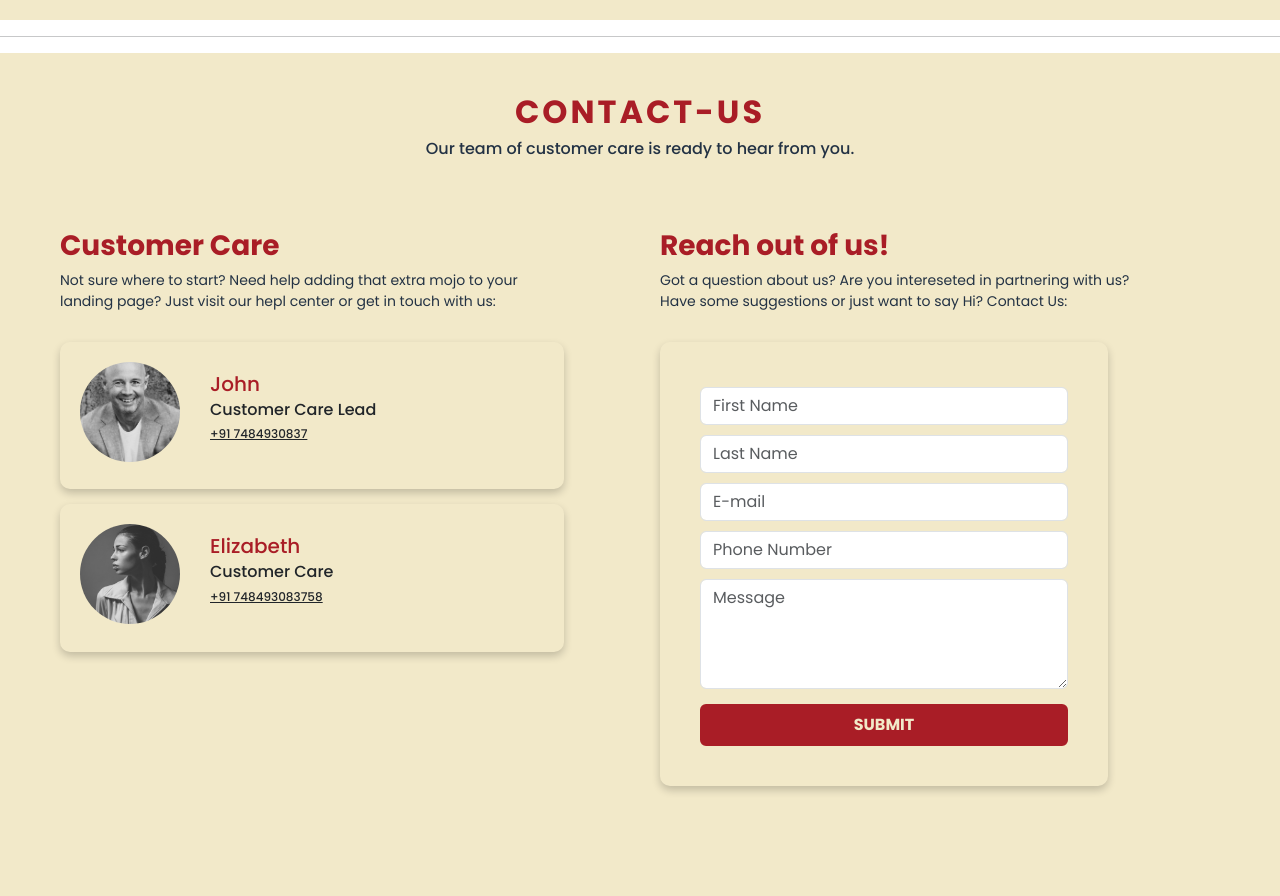
Repository: SharonSebastian32/Event-Management-System-
Page: index.html
An editor plug-in stored every save of this project. The page is shown before and after a run of saves, followed by the edit.
The browser window is 1280 px wide. The pictures show the part of the page from y = 3555 to 4451 px (the page is 4451 px tall).
A picture or video elsewhere on the page could not be fetched, so the positions and the page height are approximate.

Above is the page before, as saved 2024-09-06 11:02:09.
Not found: assets/css/ContactUs.css

After the next 2 saves:
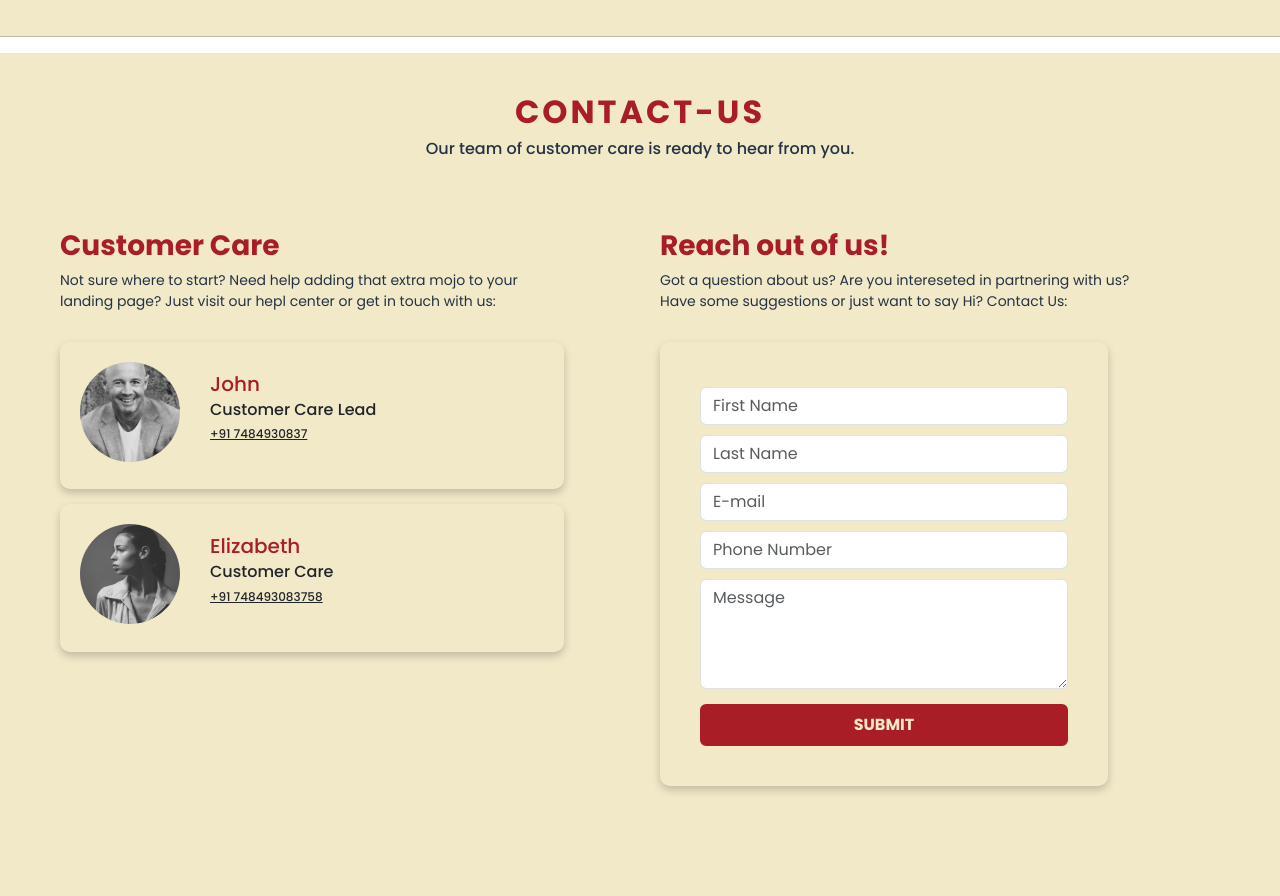
The 2 saves are shown as one change because they came seconds apart.
The last was saved 18 s later.
--- a/index.html
+++ b/index.html
@@ -53,7 +53,7 @@
 
     <!-- events section start -->
 
-    <section style="background-color: #f2e9c9;">
+    <section style="background-color: #f2e9c9">
       <center>
         <h1 style="font-size: 45px; color: #a91d26" data-aos="zoom-in">
           Events
@@ -86,8 +86,8 @@
           </a>
         </div>
       </div>
+      <hr />
     </section>
-    <hr>
 
     <!-- events section end -->
 
